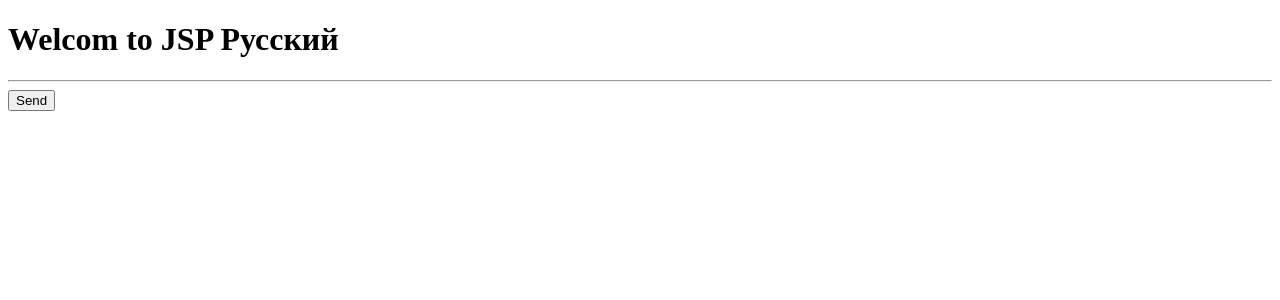
Repository: vadhub/JSP-Service
Page: http://localhost/JSPage/
An editor plug-in stored every save of this project. The page is shown before and after the next save, followed by the edit.
The browser window is 1280 px wide. The pictures show the whole page.
The page is served by Tomcat 9. Other server files are loaded and not shown.

Above is the page before, as saved 2019-07-21 03:19:27.

### JSPage/WebContent/index.jsp
<%@ page language="java" contentType="text/html; charset=utf-8" pageEncoding="utf-8"%>
<!DOCTYPE html>
<html>
<head>
<meta charset="utf-8">
<title>Service</title>
</head>
<body>
<h1>Welcom to JSP Русский</h1>
<hr/>
<form action="Servleter">
	<input type ="submit" value="Send"/>
</form>
</body>
</html>

After the next save:
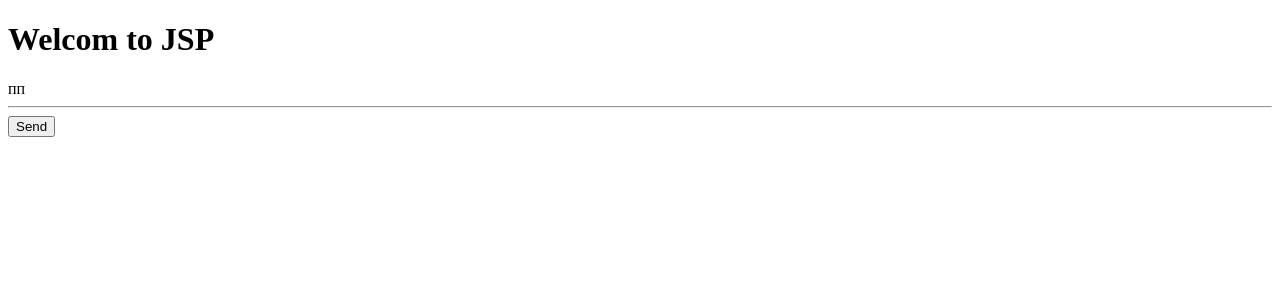
Saved 28 s later.
--- a/JSPage/WebContent/index.jsp
+++ b/JSPage/WebContent/index.jsp
@@ -6,7 +6,8 @@
 <title>Service</title>
 </head>
 <body>
-<h1>Welcom to JSP Русский</h1>
+<h1>Welcom to JSP</h1>
+пп
 <hr/>
 <form action="Servleter">
 	<input type ="submit" value="Send"/>
